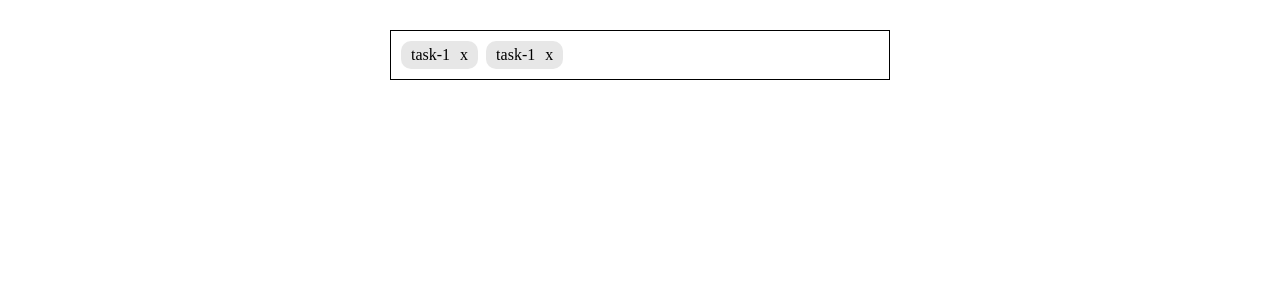
Repository: OkazakiTruong/selectOption
Page: /
An editor plug-in stored every save of this project. The page is shown before and after the next save, followed by the edit.
The browser window is 1280 px wide. The pictures show the whole page.
The project was rebuilt for these pictures with package versions that can differ from the ones it lists, and the page was loaded fresh each time. Also part of the build but not shown: vite.config.js.

Above is the page before, as saved 2024-01-17 21:08:40.

### src/App.jsx
import React from "react";
import { SelectBoxContainer } from "./SelectBox/SelectBoxContainer";

export default function App() {
  return (
    <div>
      <SelectBoxContainer />
    </div>
  );
}

### src/SelectBox/SelectBoxContainer.jsx
import React from "react";
import "./selectbox.css";

export const SelectBoxContainer = () => {
  return (
    <div className="select-container">
      <div className="select-input">
        <div className="select-item">
          <span>task-1</span>
          <span className="btn-delete">x</span>
        </div>
        <div className="select-item">
          <span>task-1</span>
          <span className="btn-delete">x</span>
        </div>
        <input className="input"></input>
      </div>
    </div>
  );
};

### src/SelectBox/selectbox.css
.select-container {
  width: 500px;
  margin: 30px auto;
}
.select-input {
  display: flex;
  flex-wrap: wrap;
  align-items: center;
  justify-content: flex-start;
  width: 500px;
  padding: 10px;
  border: 1px solid black;
  gap: 8px;
}
.select-input .input {
  border: none;
  outline: none;
}
.select-item {
  padding: 5px 10px;
  background-color: #e7e7e7;
  border-radius: 10px;
  display: flex;
  align-items: center;
}
.select-item .btn-delete {
  margin-left: 10px;
}

Loaded but not shown: index.html (common file); src/main.jsx (common file); src/index.css (common file)

After the next save:
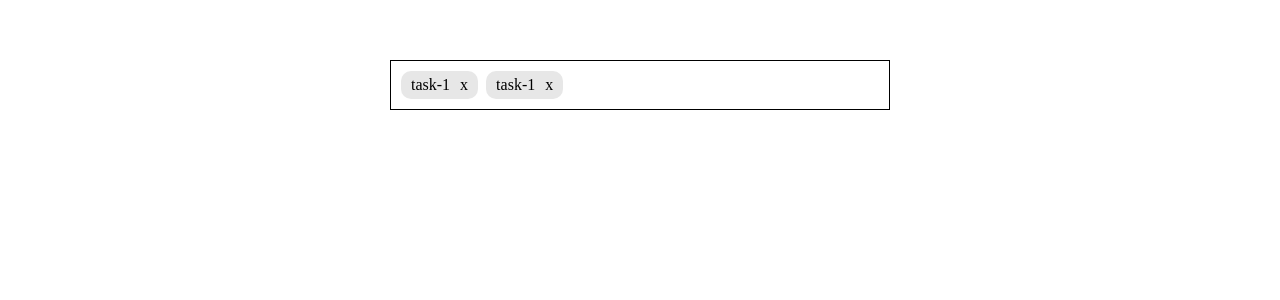
Saved 4 s later.
--- a/src/SelectBox/selectbox.css
+++ b/src/SelectBox/selectbox.css
@@ -1,6 +1,6 @@
 .select-container {
   width: 500px;
-  margin: 30px auto;
+  margin: 60px auto;
 }
 .select-input {
   display: flex;
